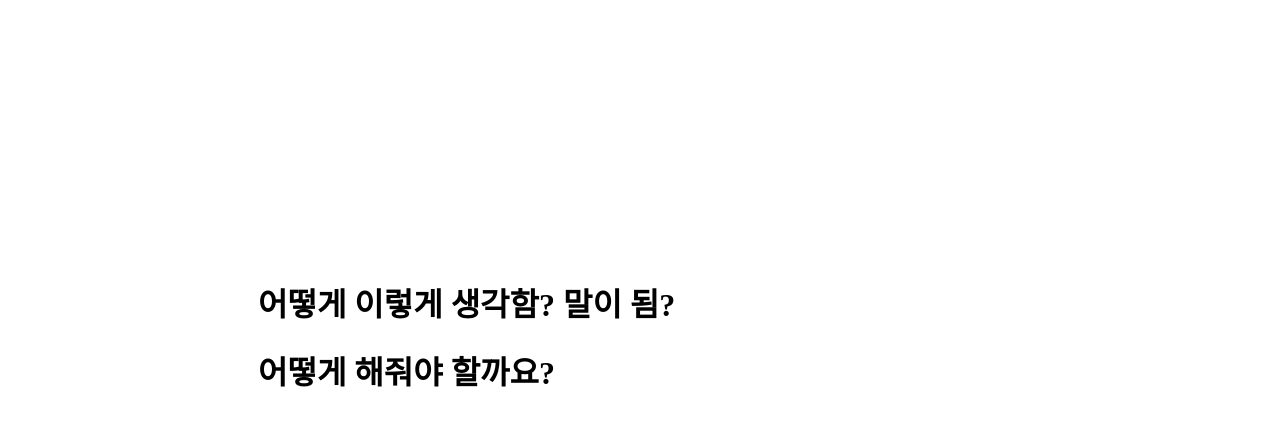
Repository: whgdkfk/web-workspace
Page: BurgerKingProject/src/main/webapp/static/Request_Page.html
An editor plug-in stored every save of this project. The page is shown before and after the next save, followed by the edit.
The browser window is 1280 px wide. The pictures show the whole page.

Above is the page before, as saved 2025-03-07 08:20:03.

After the next save:
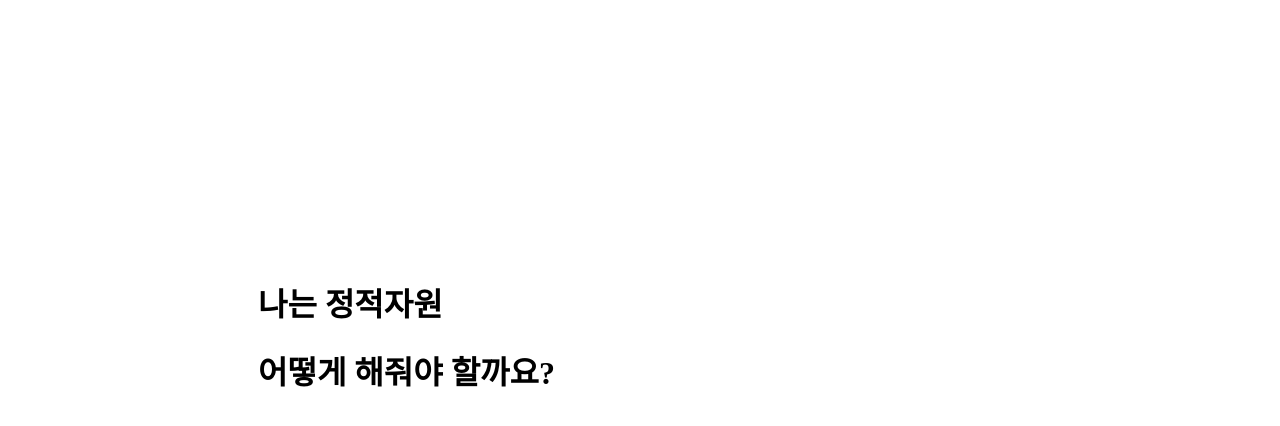
Saved 16 min 37 s later.
--- a/BurgerKingProject/src/main/webapp/static/Request_Page.html
+++ b/BurgerKingProject/src/main/webapp/static/Request_Page.html
@@ -10,7 +10,7 @@
 </style>
 </head>
 <body>
-	<h1>어떻게 이렇게 생각함? 말이 됨?</h1>
+	<h1>나는 정적자원</h1>
 
 	<h1>어떻게 해줘야 할까요?</h1>
 
